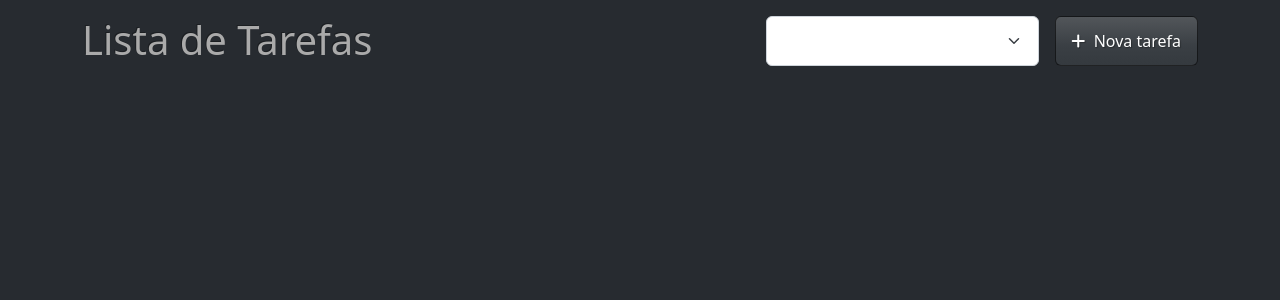
Repository: cargugati/lista_tarefas
Page: frontEnd/index.html
An editor plug-in stored every save of this project. The page is shown before and after the next save, followed by the edit.
The browser window is 1280 px wide. The pictures show the whole page.

Above is the page before, as saved 2023-03-16 10:26:07.

After the next save:
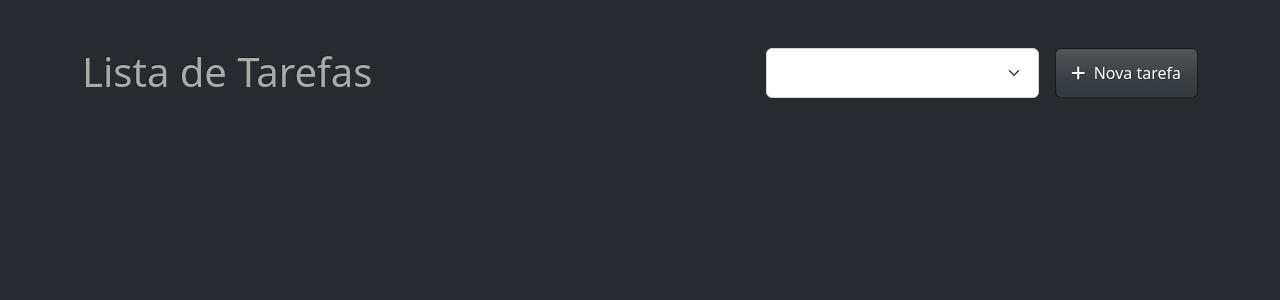
Saved 18 s later.
--- a/frontEnd/index.html
+++ b/frontEnd/index.html
@@ -12,7 +12,7 @@
 </head>
 
 <body>
-  <div class="container my-3">
+  <div class="container my-5">
     <div class="row">
       <div class="col">
         <h1>Lista de Tarefas</h1>
